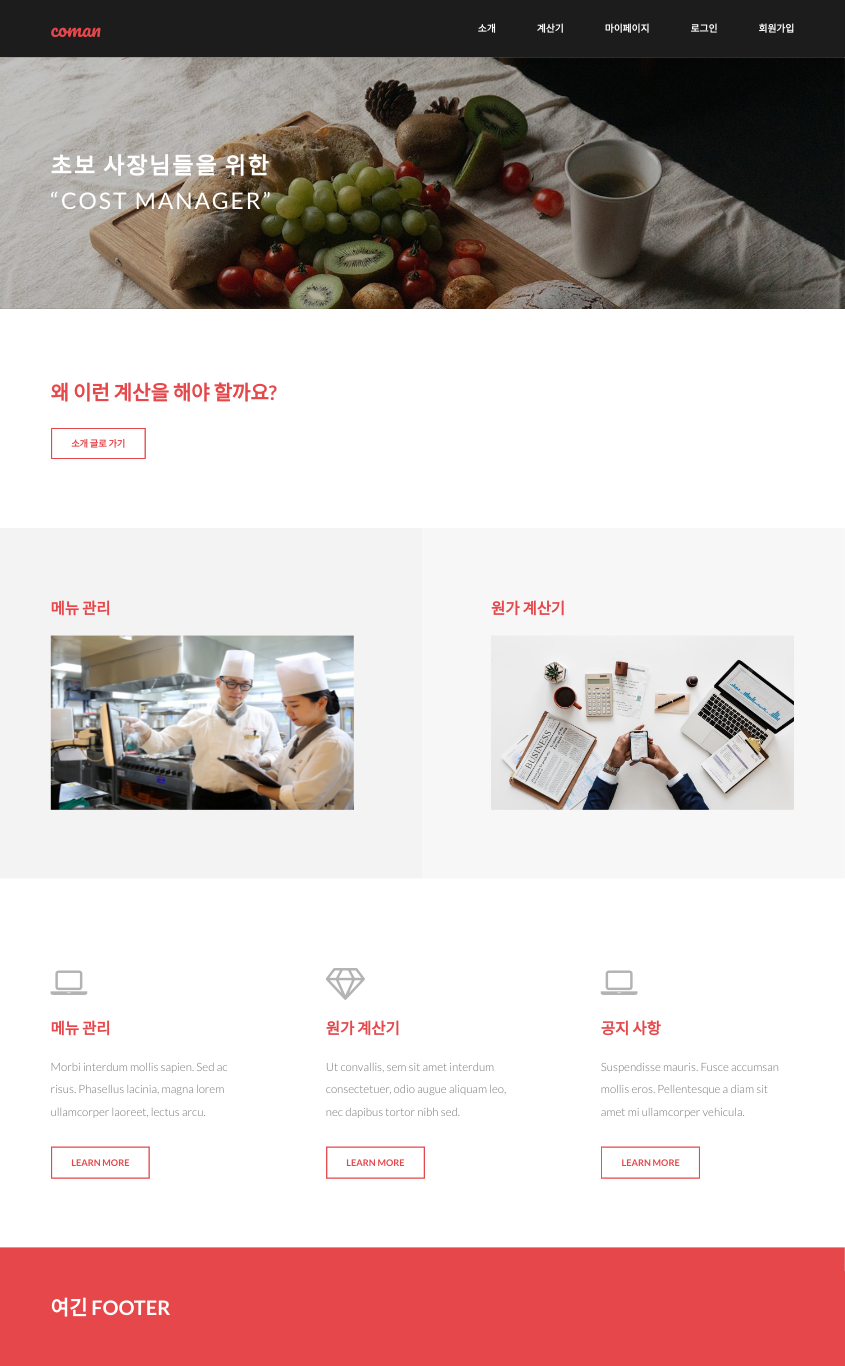
Repository: sseongsu/web1
Page: http://localhost/Project/
These files come from the project's save history. The page is drawn as it stood at one moment and after the next save; the edit follows.
The browser window is 1280 px wide. The pictures show the whole page, at 66% of full size.
The page is served by Tomcat 9.

Above is the page before, as saved 2021-03-12 05:44:18.

After the next save:
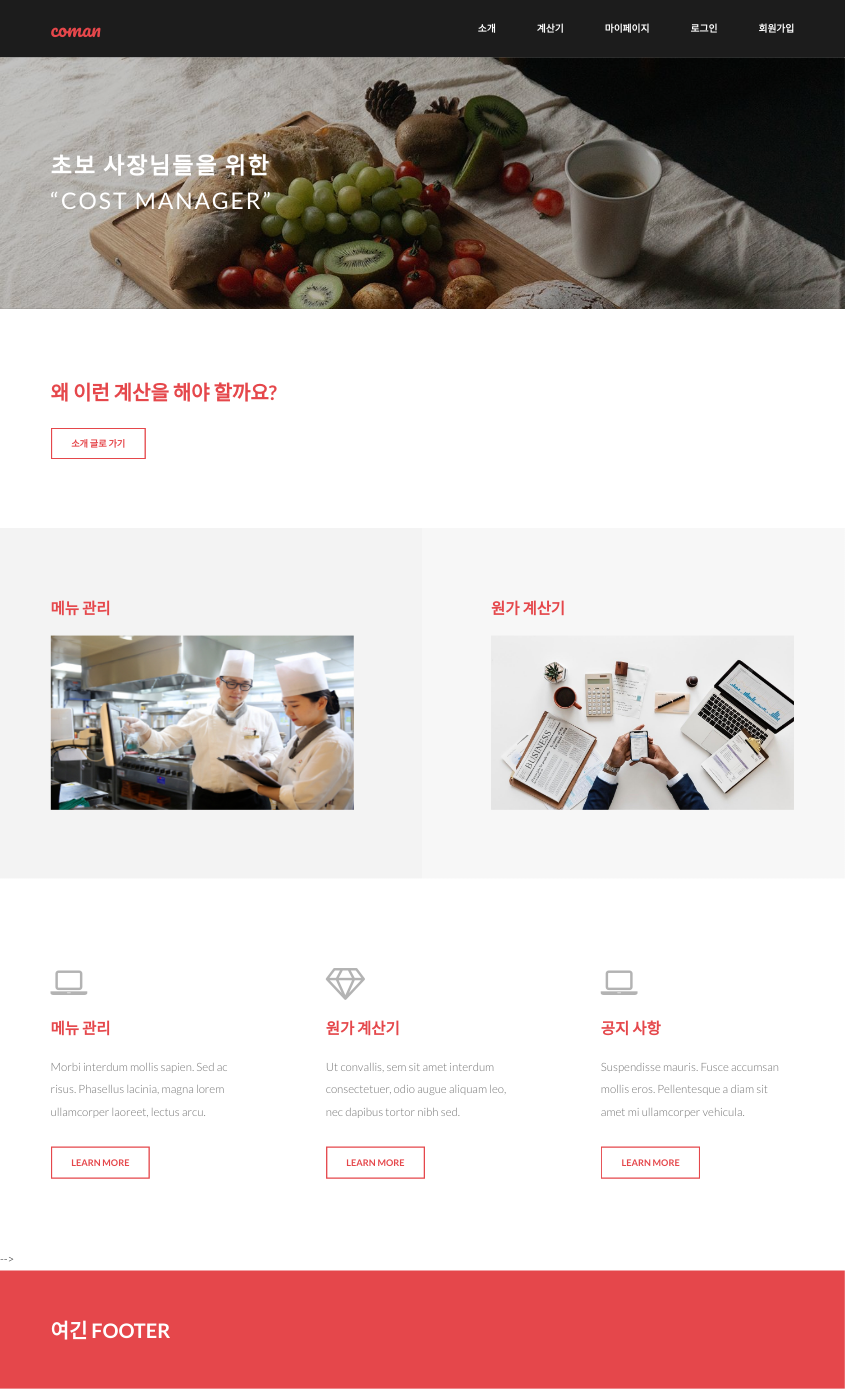
Saved 15 s later.
--- a/Project/src/main/webapp/index.jsp
+++ b/Project/src/main/webapp/index.jsp
@@ -75,7 +75,7 @@
 					</article>
 				</div>
 			</section>
-		<!-- Three -->
+		<!-- <!-- Three -->
 			<section id="three">
 				<div class="inner">
 					<article>
@@ -115,7 +115,7 @@
 						</div>
 					</article>
 				</div>
-			</section>
+			</section> -->
 
 		<!-- Footer -->
 			<section id="footer">
